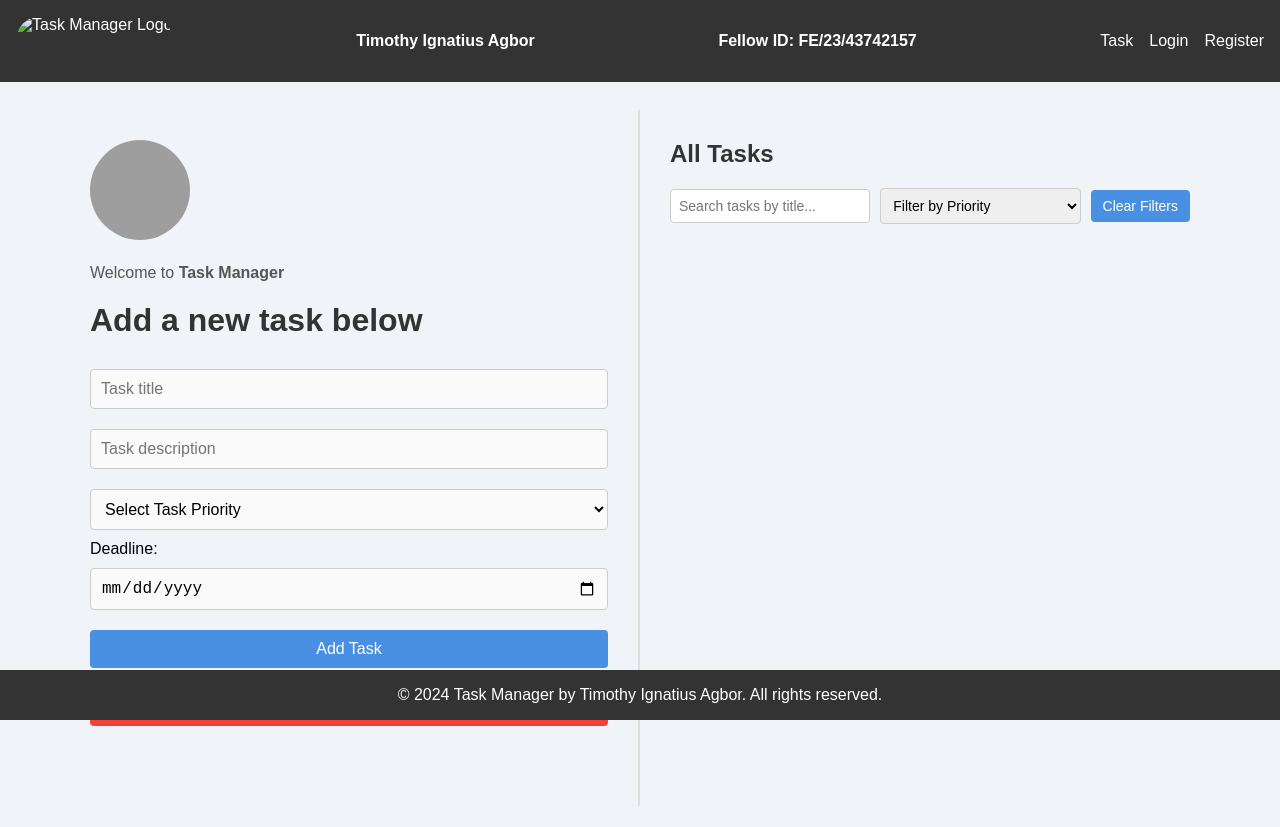
Repository: Evendors/TaskManager-app
Page: task.html
An editor plug-in stored every save of this project. The page is shown before and after a run of saves, followed by the edit.
The browser window is 1280 px wide. The pictures show the whole page.
Pictures or frames that could not be fetched are drawn as grey boxes. The page's requests for data from a server got no answer.

Above is the page before, as saved 2024-12-02 23:01:27.

After the next 3 saves:
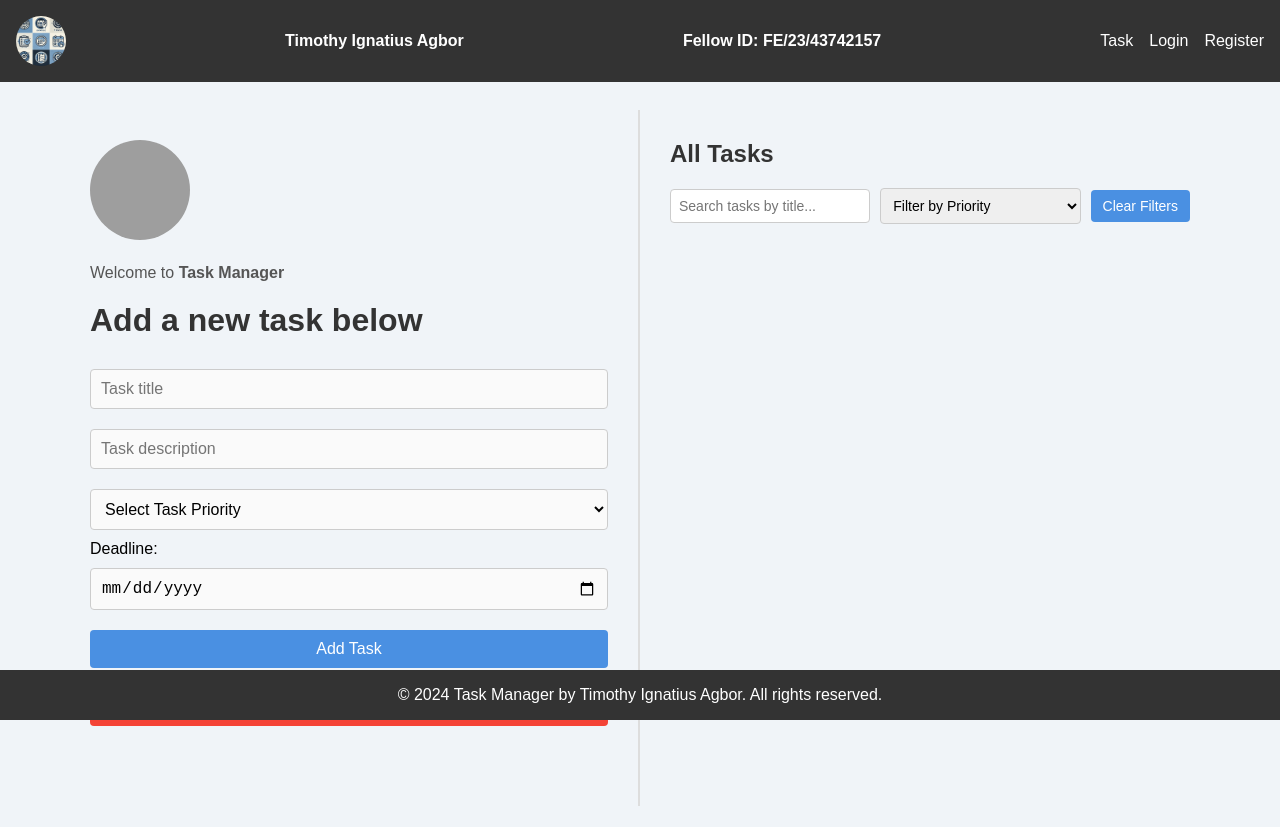
The 3 saves are shown as one change because they came seconds apart.
The last was saved 9 s later.
--- a/task.html
+++ b/task.html
@@ -11,7 +11,7 @@
     <header>
       <nav>
         <img
-          src="/"
+          src="/frontend/assets/logo.webp"
           alt="Task Manager Logo"
           style="height: 50px; width: auto; border-radius: 25px"
         />
